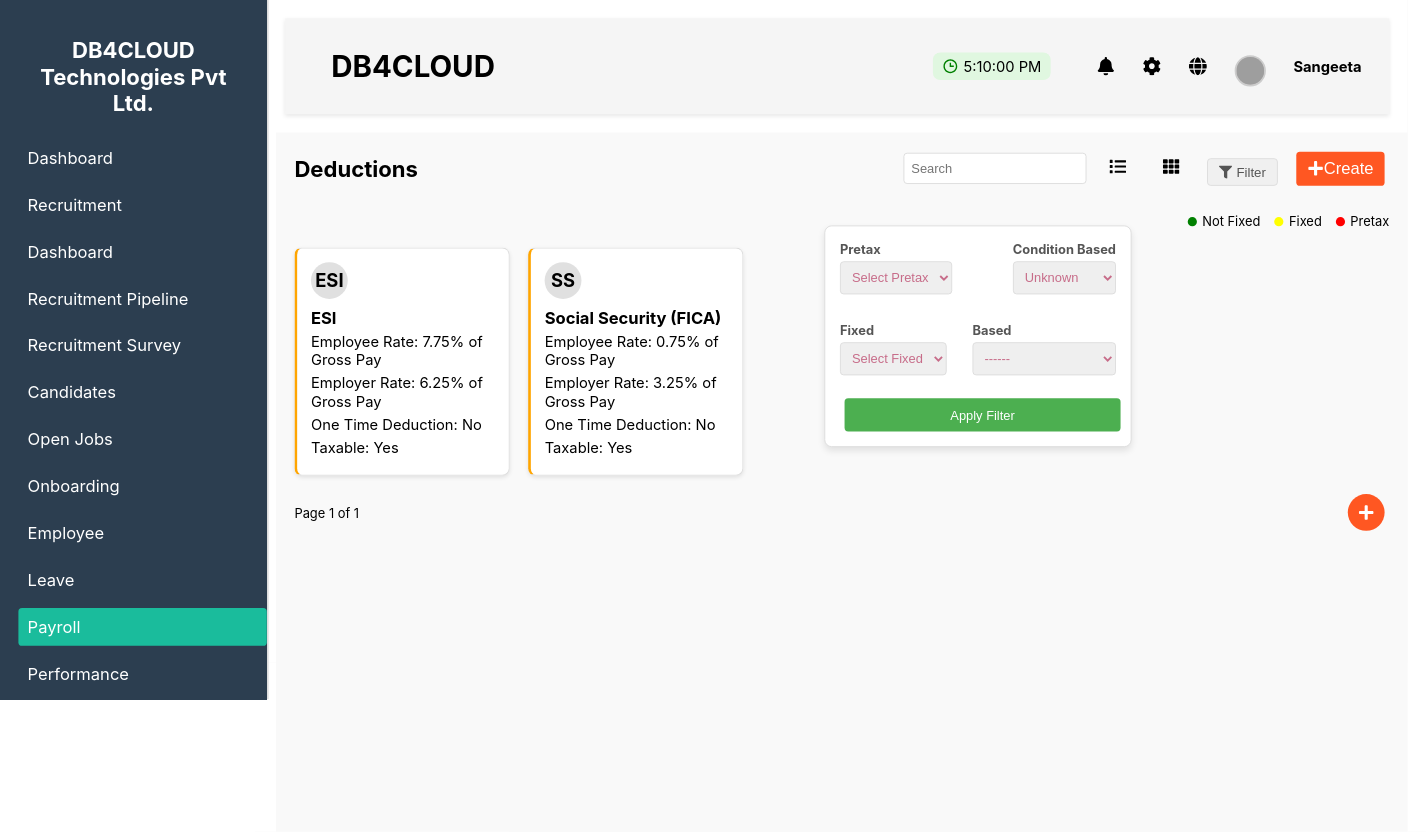
Repository: tinu-ns/Dev-code
Page: /payroll/deductions (app in HRMS-DEMO-Sang/hrms/), after clicking the first element matching `button.filter-btn`
An editor plug-in stored every save of this project. The page is shown before and after the next save, followed by the edit.
The browser window is 1280 px wide. The page is 1550 px wide, so the pictures cover 1550 px, including what lies to the right of the window. The pictures show the whole page, at 92% of full size.
Pictures or frames that could not be fetched are drawn as grey boxes. The project was rebuilt for these pictures with package versions that can differ from the ones it lists, and the page was loaded fresh each time. Also part of the build but not shown: HRMS-DEMO-Sang/hrms/src/components/Dashboard.js, HRMS-DEMO-Sang/hrms/src/components/Recruitment/RecruitmentDashboard.js, HRMS-DEMO-Sang/hrms/src/components/Recruitment/RecruitmentPipeline.js, HRMS-DEMO-Sang/hrms/src/components/Payroll/Allowances.js, HRMS-DEMO-Sang/hrms/src/components/Payroll/Contract.js, HRMS-DEMO-Sang/hrms/src/components/Payroll/Payslips.js, HRMS-DEMO-Sang/hrms/src/components/Payroll/PayrollDashboard.js, HRMS-DEMO-Sang/hrms/src/components/MainContent.css and 4 more.

Above is the page before, as saved 2024-11-11 15:41:47.

### HRMS-DEMO-Sang/hrms/src/components/Payroll/Deductions.js
import React, { useState,useRef, useEffect } from "react";
import {useNavigate} from 'react-router-dom'
import './Deductions.css'
import {
  FaList,
  FaTh,
  FaFilter,
  FaPlus,
  FaEdit,
  FaTrash
} from "react-icons/fa";

const deductionsData = [
  {
    id: 1,
    code: "ESI",
    name: "ESI",
    amount: 200.0,
    employerRate: "6.25% of Gross Pay",
    employeeRate: "7.75% of Gross Pay",
    oneTimeDeduction: "No",
    taxable: "Yes",
    fixed: false,
  },
  {
    id: 2,
    code: "SS",
    name: "Social Security (FICA)",
    amount: 1000.0,
    employerRate: "3.25% of Gross Pay",
    employeeRate: "0.75% of Gross Pay",
    oneTimeDeduction: "No",
    taxable: "Yes",
    fixed: true,
    pretax: "Yes",
  },

  // Add more allowance data here
];

const Deductions = () => {
  const [searchTerm, setSearchTerm] = useState("");
  const [view, setView] = useState("card"); // 'card' or 'list'
  const [filteredData, setFilteredData] = useState(deductionsData);
  const [isFilterVisible, setIsFilterVisible] = useState(false);
  const [filterOptions, setFilterOptions] = useState({
    taxable: "",
    condition: "",
    base: "",
  });
  const navigate = useNavigate()

  const handleCreateAllowance = () => {
    navigate('/deductions/create');
  };



  const handleSearch = (e) => {
    const term = e.target.value;
    setSearchTerm(term);
    if (term === "") {
      setFilteredData(deductionsData);
    } else {
      const filtered = deductionsData.filter((deduction) =>
        deduction.name.toLowerCase().includes(term.toLowerCase())
      );
      setFilteredData(filtered);
    }
  };

  const handleEdit = (id) => {
    alert(`Edit allowance with ID: ${id}`);
  };

  const handleDelete = (id) => {
    alert(`Delete allowance with ID: ${id}`);
  };


  const filterRef = useRef(null);

  useEffect(() => {
    const handleClickOutside = (event) => {
      if (filterRef.current && !filterRef.current.contains(event.target)) {
        setIsFilterVisible(false);
      }
    };
    document.addEventListener("mousedown", handleClickOutside);
    return () => {
      document.removeEventListener("mousedown", handleClickOutside);
    };
  }, []);


  const toggleFilterVisibility = () => {
    setIsFilterVisible(!isFilterVisible);
  };

  const handleFilterChange = (e) => {
    const { name, value } = e.target;
    setFilterOptions((prev) => ({
      ...prev,
      [name]: value,
    }));
  };

  const applyFilter = () => {
    let filtered = deductionsData;

     // Filter based on taxable
    if (filterOptions.taxable) {
      filtered = filtered.filter((deduction) => deduction.taxable === filterOptions.taxable);
    }

    // Filter based on condition (Fixed/Non-Fixed)

    if (filterOptions.condition) {
      filtered = filtered.filter((deduction) => (filterOptions.condition === "Fixed" ? deduction.fixed : !deduction.fixed));
    }

     // Apply the filtered data
    setFilteredData(filtered);
  };

  const getActiveFilters = () => {
    let activeFilters = [];
    if (filterOptions.taxable) {
      activeFilters.push(`Taxable: ${filterOptions.taxable}`);
    }
    if (filterOptions.condition) {
      activeFilters.push(`Condition: ${filterOptions.condition}`);
    }
    if (filterOptions.base) {
      activeFilters.push(`Base: ${filterOptions.base}`);
    }
    return activeFilters;
  };

  const removeFilter = (filter) => {
    if (filter.includes("Taxable")) {
      setFilterOptions((prev) => ({ ...prev, taxable: "" }));
    } else if (filter.includes("Condition")) {
      setFilterOptions((prev) => ({ ...prev, condition: "" }));
    } else if (filter.includes("Base")) {
      setFilterOptions((prev) => ({ ...prev, base: "" }));
    }
  };


  return (
    <div className="deduction-container">
      <header className="deduction-header">
        <h2>Deductions</h2>
        <div className="controls">
          <input
            type="text"
            placeholder="Search"
            value={searchTerm}
            onChange={handleSearch}
            className="search-input"
          />
          <button
            className={`view-toggle ${view === "list" ? "active" : ""}`}
            onClick={() => setView("list")}
          >
            <FaList />
          </button>
          <button
            className={`view-toggle ${view === "card" ? "active" : ""}`}
            onClick={() => setView("card")}
          >
            <FaTh />
          </button>
          <button className="filter-btn" onClick={toggleFilterVisibility}>
            <FaFilter /> Filter
          </button>
          <button className="create-btn" onClick={handleCreateAllowance}>
            <FaPlus /> Create
          </button>
        </div>
      </header>

       {/* Display active filters as tags */}
       <div className="active-filters">
        {getActiveFilters().map((filter, index) => (
          <span key={index} className="filter-tag">
            {filter} <button onClick={() => removeFilter(filter)}>x</button>
          </span>
        ))}
      </div>

      {isFilterVisible && (
        <div className="filter-popup" ref={filterRef}>
          <div className="filter-form">
            <div style={{display: "flex", justifyContent: "space-between", marginBottom: "20px"}}>
            <div className="filter-row">
              <label>Pretax</label>
              <select
                name="taxable"
                onChange={handleFilterChange}
                value={filterOptions.taxable}
              >
                <option value="">Select Pretax </option>
                <option value="Yes">Yes</option>
                <option value="No">No</option>
              </select>
            </div>
            <div className="filter-row">
              <label>Condition Based</label>
              <select
                name="condition"
                onChange={handleFilterChange}
                value={filterOptions.condition}
              >
                <option value="">Unknown </option>
                <option value="Based">Yes</option>
                <option value="Non-Based">No</option>
              </select>
            </div>
</div>

          <div style={{display: "flex", justifyContent: "space-between"}}>
            <div className="filter-row">
              <label>Fixed</label>
              <select
                name="condition"
                onChange={handleFilterChange}
                value={filterOptions.condition}
              >
                <option value="">Select Fixed </option>
                <option value="Fixed">Yes</option>
                <option value="Non-Fixed">No</option>
              </select>
            </div>

            <div className="filter-row">
              <label>Based</label>
              <select
                name="base"
                onChange={handleFilterChange}
                value={filterOptions.base}
              >
                <option value="">------</option>
                <option value="Monthly">Basic Pay</option>
                <option value="Hourly">Gross Pay</option>
                <option value="Hourly">Taxable Gross Pay</option>
                <option value="Hourly">Net Pay</option>
              </select>
            </div>
            </div>
            <button onClick={applyFilter}>Apply Filter</button>
          </div>
        </div>
      )}



      <div className="status-indicators">
        <span className="dot not-fixed">Not Fixed</span>
        <span className="dot fixed">Fixed</span>
        <span className="dot taxable">Pretax</span>
      </div>

      {view === "card" ? (
        <div className="card-view">
          {filteredData.map((deduction) => (
            <div className="allowance-card" key={deduction.id}>
              <div className="card-icon">{deduction.code}</div>
              <div className="card-content">
                <h3>{deduction.name}</h3>
                <p>Employee Rate: {deduction.employeeRate}</p>
                <p>Employer Rate: {deduction.employerRate}</p>
                <p>One Time Deduction: {deduction.oneTimeDeduction}</p>
                <p>Taxable: {deduction.taxable}</p>
              </div>
            </div>
          ))}
        </div>
      ) : (
        <div className="list-view">
           <div className="table-container">
          <table>
            <thead>
              <tr>
              <th className="sticky-column">Deductions</th>
                  <th className="scrollable-column">Specific Employees</th>
                  <th className="scrollable-column">Excluded Employees</th>
                  <th className="scrollable-column">Is Pretax</th>
                  <th className="scrollable-column">Is Condition Based</th>
                  <th className="scrollable-column">Condition</th>
                  <th className="scrollable-column">Is Fixed</th>
                  <th className="scrollable-column">Amount</th>
                  <th className="scrollable-column">Based On</th>
                  <th className="scrollable-column">Rate</th>
                  <th className="sticky-column">Action</th>
              </tr>
            </thead>
            <tbody>
              {filteredData.map((deduction) => (
                <tr key={deduction.id}>
                  <td className="sticky-column">{deduction.name}</td>
                  <td>-</td>
                  <td>-</td>
                  <td>{deduction.taxable}</td>
                  <td>No</td>
                  <td>-</td>
                  <td>{deduction.fixed ? "Yes" : "No"}</td>
                  <td>{deduction.amount}</td>
                  <td>-</td>
                  <td>-</td>
                  <td className="sticky-column">
                    <button
                      className="edit-btn"
                      onClick={() => handleEdit(deduction.id)}
                    >
                      <FaEdit />
                    </button>
                    <button
                      className="delete-btn"
                      onClick={() => handleDelete(deduction.id)}
                    >
                      <FaTrash />
                    </button>
                  </td>
                </tr>
              ))}
            </tbody>
          </table>
        </div>
        </div>
      )}

      <footer className="footer">
        <span>Page 1 of 1</span>
        <button className="add-btn">
          <FaPlus />
        </button>
      </footer>
    </div>
  );
};

export default Deductions;

### HRMS-DEMO-Sang/hrms/src/App.css
.app{
  display: flex;
  height: 100vh;
  background-color: #f4f4f4;
  width: 100vw;
  padding-left: 250px;
}

.content-container{
  flex-grow: 1;
  padding: 20px;
  background-color: #fff;        /**/
  display: flex;
  flex-direction: column;
  width: calc(100% - 250px); /* Adjust width to account for sidebar */
}

.main-section{
  display: flex;
  justify-content: space-between;
  padding: 20px;
  width: 100%;
  height: 100%;
  flex-grow: 1;

}


.sidebar {
  width: 250px;
  background-color: #2c3e50;
  position: fixed;
  height: 100vh;
  flex-shrink: 0;
  position: fixed;
  left: 0;
  top: 0;
}

### HRMS-DEMO-Sang/hrms/src/components/Sidebar.css
 .container{
    display: flex;
    height: 100vh;
    margin-right: 10px;
}

/*
.content{
    flex-grow: 1;
    padding: 20px;
    padding-left: 50px;

}  */

.sidebar {
    width: 200px;
    height: 100vh;
    background-color: #503f2c;
    padding: 20px;
    color: white;
    height: 100vh;
    position: fixed;
    top: 0;
    left: 0;
    border-right: 2px solid #ddd;
    overflow-y: auto;        /* Allows vertical scrolling */
    margin-right: 200px;
    z-index: 1000;

  }



  .sidebar h2{
    text-align: center;
    margin-bottom: 30px;
    font-size: 24px;
  }

  .sidebar-list{
    list-style-type: none;
    padding: 0;
  }


  .sidebar-list li{
    margin-bottom: 15px;
  }

  .sidebar-list li a {
    color: white;
    text-decoration: none;
    font-size: 18px;
    padding: 10px;
    border-radius: 4px;
    display: block;
  }

  .sidebar-list li a:hover{
    color: #1abc9c;
  }

  .sidebar-list li a.active{
    background-color: #1abc9c;
    color: white;
  }

  .sidebar {
    width: 250px;
    background-color: #2E3A46;
    color: #FFF;
    padding: 20px;
    height: 100vh;
  }

  .sidebar h2 {
    font-size: 1.5em;
    margin-bottom: 1em;
  }

  .sidebar ul {
    list-style: none;
    padding: 0;
  }

  .sidebar li {
    margin: 10px 0;
  }

  .sidebar li ul {
    margin-top: 5px;
  }

  .sidebar a {
    color: #FFF;
    text-decoration: none;
  }

  .sidebar a:hover {
    text-decoration: underline;
  }

  .sidebar a.active {
    color: #20c997;
  }

  .sidebar ul li a:hover, .menu-toggle:hover {
    background-color: #34495e;
  }

  .menu-toggle {
    background: none;
    border: none;
    color: #ecf0f1;
    font-size: 1rem;
    text-align: left;
    cursor: pointer;
    width: 100%;
    padding: 10px;
  }

  .submenu {
    list-style-type: none;
    padding-left: 20px;
  }

  .submenu li a {
    padding-left: 20px;
    font-size: 0.9rem;
  }

### HRMS-DEMO-Sang/hrms/src/components/Recruitment/RecruitmentPipeline.css
.pipeline-container {
    padding: 20px;
    background-color: #f5f5f5;
    border-radius: 8px;
  }

  .pipeline-section {
    margin-top: 20px;
  }

  .pipeline-section h3 {
    background-color: #f8f9fa;
    padding: 10px;
    border-left: 5px solid #ffa500;
  }

  .recruitment-table {
    width: 100%;
    border-collapse: collapse;
  }

  .recruitment-table th,
  .recruitment-table td {
    padding: 10px;
    border-bottom: 1px solid #ddd;
    text-align: left;
  }

  .recruitment-table th {
    background-color: #f1f1f1;
  }

  button {
    padding: 5px 10px;
    margin: 0 5px;
    border: none;
    border-radius: 4px;
    cursor: pointer;
  }

  button:hover {
    background-color: #ddd;
  }

### HRMS-DEMO-Sang/hrms/src/components/Header.css
.bg-container{
  padding-left: 30px;

}

.header {
    background-color: #f5f5f5;
    padding: 10px 20px;
    display: flex;
    justify-content: space-between;
    align-items: center;
    box-shadow: 0px 2px 5px rgba(0, 0, 0, 0.1);
  }

  .header-left {
    display: flex;
    align-items: center;
  }

  .menu-button {
    font-size: 24px;
    background: none;
    border: none;
    cursor: pointer;
  }

  .h1{
    margin-left: 15px;
    font-size: 24px;
    color: red! important ;
  }

  .header-right{
    display: flex;
    align-items: center;
  }

  .icon{
    margin-left: 20px;
    font-size: 20px;
    cursor: pointer;
  }

  .time-box {
    display: flex;
    align-items: center;
    background-color: #e0f7e0;
    padding: 5px 10px;
    border-radius: 8px;
    margin-right: 20px;
  }

  .time-icon {
    margin-right: 5px;
    font-size: 18px;
    color: green;
  }

  .user-profile{
    display: flex;
    align-items: center;
    cursor: pointer;
    position: relative;
  }

  .user-avatar{
    padding: 20px;
  }

  .avatar{
    width: 40px;
    height: 40px;
    background-color: #d4d4d4;
    border-radius: 50%;
    display: flex;
    justify-content: center;
    align-items: center;
    font-size: 18px;
    color: white;
    margin-right: 10px;

  }

  .user-name{
    font-weight: bold;
  }

  .dropdown{
    position: absolute;
    top: 50px;
    right: 0;
    background-color: #fff;
    box-shadow: 0px 2px 8px rgba(0, 0, 0, 0.1);
    border-radius: 5px;
    z-index: 100;
  }

  .dropdown ul {
    list-style-type: none;
    padding: 10px;
    margin: 0;
  }

  .dropdown ul li {
    padding: 10px 15px;
    cursor: pointer;
  }

  .dropdown ul li:hover {
    background-color: #f5f5f5;
  }

  .user-info {
    display: flex;
    align-items: center;
  }

  .user-name {
    margin-right: 10px;
  }

### HRMS-DEMO-Sang/hrms/src/components/Payroll/CreateAllowance.css

.main-container{
    border: 1.5px solid rgb(246, 235, 235);
    padding: 20px;
    max-width: 700px;
    margin: 40px auto;
    background-color: #ffffff;
    box-shadow: 0 4px 10px rgba(0, 0, 0, 0.1);
    border-radius: 8px;
    height: 130vh;
  }

.create-allowance-container {
    padding: 30px;
    max-width: 700px;
    margin: 40px auto;
    background-color: #ffffff;
    border-radius: 8px;
    border: 1.5px solid rgb(216, 212, 212);

  }


  .create-allowance-container h2 {
    text-align: start;
    color: #333;
    font-size: 1.8rem;
    margin-bottom: 20px;

  }

  .create-allowance-container hr{
    margin-bottom: 30px;
  }

  .form-row {
    display: flex;
    justify-content: space-between;
    gap: 20px;
    margin-bottom: 20px;
  }

  .form-group {
    flex: 1;
  }

  .form-group.half-width {
    flex: 0.5;
  }

  .form-group label {
    display: flex;
    align-items: center;
    font-weight: 600;
    color: black;
    margin-bottom: 5px;
    font-size: 15px;
  }

  .form-group label span {
    color: #ff4d4d;
    margin-left: 4px;
  }

  .info-icon {
    margin-left: 5px;
    color: #888;
    cursor: help;
    font-size: 0.85rem;
  }

  input[type="text"],
  input[type="date"],
  input[type="number"],
  select {
    width: 100%;
    padding: 8px;
    border: 1px solid #ddd;
    border-radius: 4px;
    font-size: 1rem;
    font-size: 14px;
    color: rgb(199, 108, 137);

  }

  .filter-btn {
    background-color: #f0f0f0;
    color: #555;
    padding: 6px 12px;
    border: 1px solid #ddd;
    border-radius: 4px;
    font-size: 0.9rem;
    cursor: pointer;
    margin-top: 8px;
  }

  .filter-icons {
    display: flex;
    gap: 5px;
    margin-top: 8px;
    justify-content: end;
    padding: 6px;
  }

  .small-filter-icon {
    font-size: 1.2rem;
    color: orangered;
    text-align: end;
  }

  .filter-span{
    color: orangered;
  }

  /* Toggle Switch */
  .toggle-switch {
    position: relative;
    display: inline-block;
    width: 40px;
    height: 20px;
    margin-top: 8px;
  }

  .toggle-switch input {
    opacity: 0;
    width: 0;
    height: 0;
  }

  .slider {
    position: absolute;
    cursor: pointer;
    top: 0;
    left: 0;
    right: 0;
    bottom: 0;
    background-color: rgb(219, 198, 198);
    transition: 0.4s;
    border-radius: 20px;
  }

  .slider:before {
    position: absolute;
    content: "";
    height: 16px;
    width: 16px;
    left: 2px;
    bottom: 2px;
    background-color: white;
    transition: 0.4s;
    border-radius: 50%;
  }

  input:checked + .slider {
    background-color: orangered;
  }

  input:checked + .slider:before {
    transform: translateX(15px);
  }

  .condition-options{
    font-size: 12px;
    color: rgb(151, 146, 146);
  }

  /* Multi-select box and tag styles */
.multi-select-box {
    display: flex;
    flex-wrap: wrap;
    align-items: center;
    gap: 5px;
    border: 1px solid #ddd;
    padding: 5px;
    border-radius: 4px;
    background-color: #f9f9f9;
  }

  .tag {
    display: flex;
    align-items: center;
    background-color: #a8b4c0;
    color: #ffffff;
    border-radius: 12px;
    padding: 5px 10px;
    font-size: 0.9rem;
    margin: 3px;
  }

  .remove-tag {
    margin-left: 8px;
    cursor: pointer;
    font-weight: bold;
    font-size: 1.1rem;
  }

  /* Avatar styling for selected employee */
.avatar-container{
    display: flex;
  }
.avatar {
    margin-top: 10px;
    display: flex;
    justify-content: center;
    align-items: center;
    width: 30px;
    height: 30px;
    background-color: #b5b0b0;
    border-radius: 50%;
    font-size: 13px;
    font-weight: bold;
    color: #ffffff;
    text-transform: uppercase;
    border: 2px solid #ccc;
  }

  .avatar-text {
    text-align: center;
    line-height: 40px; /* Centers text vertically */
  }

  /* Modal Styling */
.modal {
    position: fixed;
    top: 0;
    left: 0;
    right: 0;
    bottom: 0;
    background: rgba(0, 0, 0, 0.5);
    display: flex;
    align-items: center;
    justify-content: center;
    z-index: 1000;
  }

  .modal-content {
    background: white;
    width: 500px;
    padding: 20px;
    border-radius: 8px;
    position: relative;
  }

  .close-modal {
    position: absolute;
    top: 10px;
    right: 10px;
    background: transparent;
    border: none;
    font-size: 1.5em;
    cursor: pointer;
  }

  .search-bar {
    width: 100%;
    padding: 10px;
    margin-bottom: 15px;
    border: 1px solid #ddd;
    border-radius: 5px;
  }

  .employee-list {
    max-height: 200px;
    overflow-y: auto;
    padding: 5px;
  }

  .employee-item {
    display: flex;
    align-items: center;
    justify-content: space-between;
    padding: 8px;
    border-bottom: 1px solid #eee;
  }

  .employee-item .avatar {
    width: 30px;
    height: 30px;
    background-color: #007bff;
    color: white;
    display: flex;
    align-items: center;
    justify-content: center;
    border-radius: 50%;
    margin-right: 10px;
  }

  .add-employee {
    background-color: #28a745;
    color: white;
    border: none;
    padding: 5px 10px;
    border-radius: 5px;
    cursor: pointer;
  }

  .add-employee:hover {
    background-color: #218838;
  }

  .save-btn-container {
    display: flex;
    justify-content: flex-end;
    align-items: center;
    flex: 0.5;
  }

  .save-btn {
    padding: 12px 20px;
    background-color: #007bff;
    color: #ffffff;
    border: none;
    border-radius: 4px;
    font-size: 1.2rem;
    font-weight: bold;
    cursor: pointer;
    transition: background-color 0.3s;
  }

  .save-btn:hover {
    background-color: #0056b3;
  }

  @media (max-width: 600px) {
    .form-row {
      flex-direction: column;
    }
  }

Loaded but not shown: HRMS-DEMO-Sang/hrms/public/index.html (common file); HRMS-DEMO-Sang/hrms/src/index.js (common file); HRMS-DEMO-Sang/hrms/src/index.css (common file); HRMS-DEMO-Sang/hrms/src/reportWebVitals.js (common file); HRMS-DEMO-Sang/hrms/src/components/Sidebar.js (102 lines, source omitted); HRMS-DEMO-Sang/hrms/src/components/Header.js (91 lines, source omitted); HRMS-DEMO-Sang/hrms/src/App.js (55 lines, source omitted); HRMS-DEMO-Sang/hrms/src/components/Payroll/PayrollDashboard.css (359 lines, source omitted); HRMS-DEMO-Sang/hrms/src/components/Payroll/Allowances.css (356 lines, source omitted); HRMS-DEMO-Sang/hrms/src/components/Payroll/Deductions.css (356 lines, source omitted); HRMS-DEMO-Sang/hrms/src/components/Payroll/Contract.css (341 lines, source omitted)

After the next save:
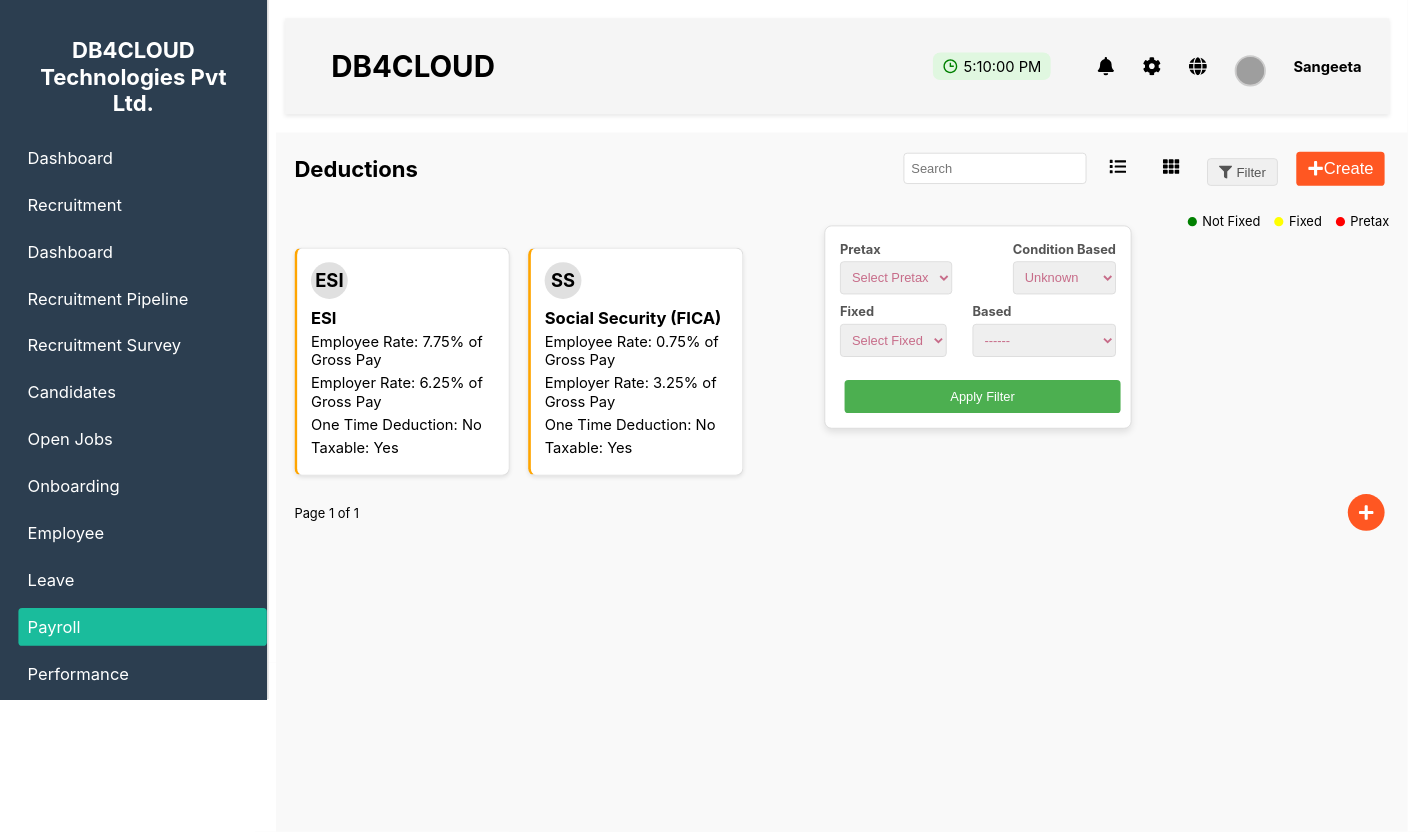
Saved 13 s later.
--- a/HRMS-DEMO-Sang/hrms/src/components/Payroll/Deductions.js
+++ b/HRMS-DEMO-Sang/hrms/src/components/Payroll/Deductions.js
@@ -193,7 +193,7 @@ const Deductions = () => {
       {isFilterVisible && (
         <div className="filter-popup" ref={filterRef}>
           <div className="filter-form">
-            <div style={{display: "flex", justifyContent: "space-between", marginBottom: "20px"}}>
+            <div style={{display: "flex", justifyContent: "space-between"}}>
             <div className="filter-row">
               <label>Pretax</label>
               <select
